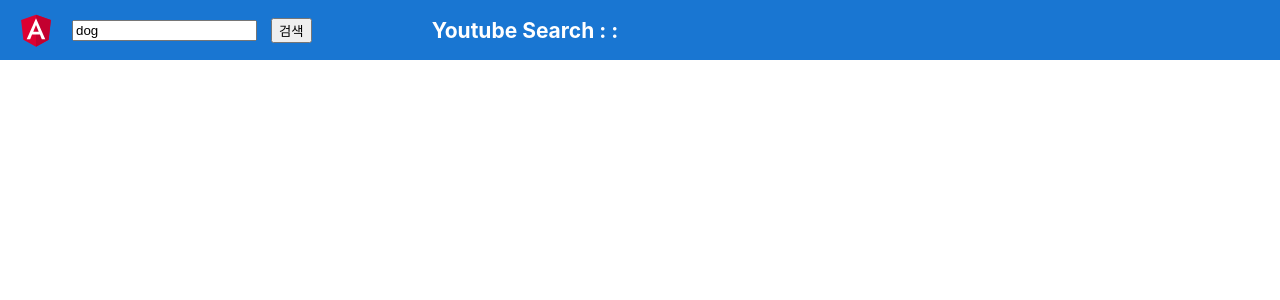
Repository: angular-weekely-toy/week10-rxjs-project
Page: / (app in youtube-example/)
These files come from the project's save history. The page is drawn as it stood at one moment and after the next save; the edit follows.
The browser window is 1280 px wide. The pictures show the whole page.
The page's requests for data from a server got no answer. The project was rebuilt for these pictures with package versions that can differ from the ones it lists, and the page was loaded fresh each time. No one was signed in, and anything a server would have sent is missing. Also part of the build but not shown: youtube-example/angular.json.

Above is the page before, as saved 2022-02-26 17:50:24.

After the next save:
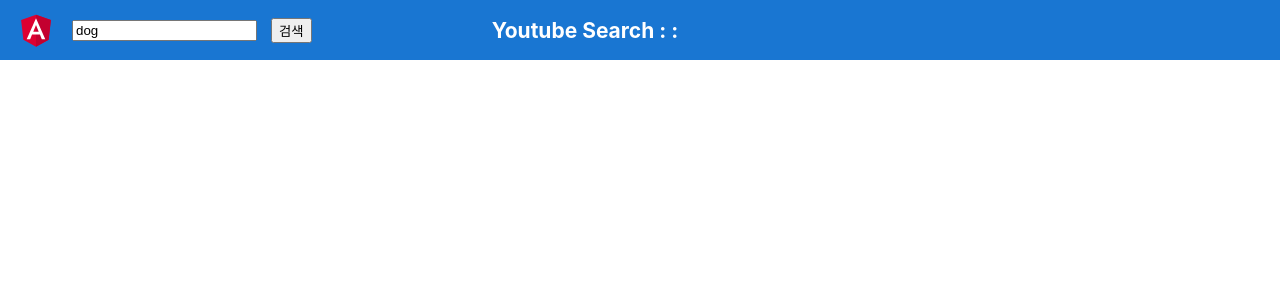
Saved 17 s later.
--- a/youtube-example/src/app/app.component.html
+++ b/youtube-example/src/app/app.component.html
@@ -10,7 +10,7 @@
 
     <input type="text" formControlName="search_text"/>
     &nbsp;&nbsp;&nbsp;&nbsp;<button type="sbumit">검색</button>
-    <span style="margin-left: 120px;"><h2>{{title}} : {{youtubeTitle}}</h2></span>
+    <span style="margin-left: 180px;"><h2>{{title}} : {{youtubeTitle}}</h2></span>
   </div>
 
   <div class="content" role="main">
